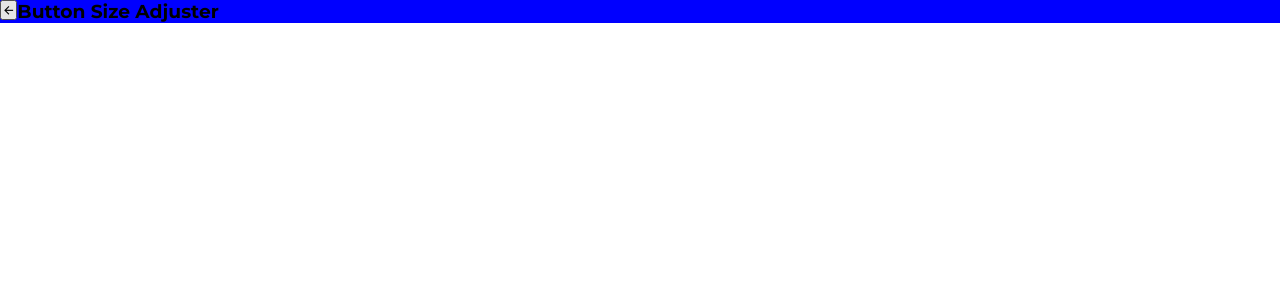
Repository: EguJaredoBoyd/Jared-Counter-App
Page: settings.html
The author's editor kept a copy of each file at every save. The page is drawn from the files as they stood at one save, then again after the next save.
The browser window is 1280 px wide. The pictures show the whole page.

Above is the page before, as saved 2025-12-03 14:32:33.
Console error: TypeError: Cannot set properties of null (setting 'textContent')

After the next save:
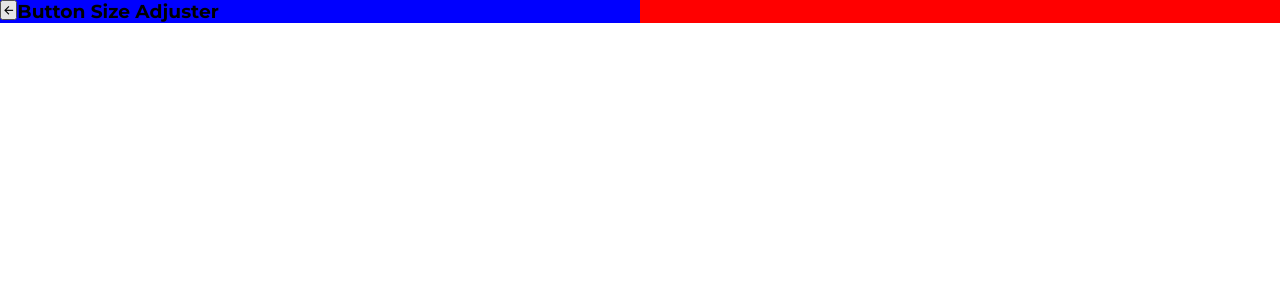
Saved 7 s later.
--- a/style.css
+++ b/style.css
@@ -86,7 +86,7 @@
 .header__div--adjuster {
     display: flex;
     width: 100%;
-    max-width: 100%;
+    max-width: 50%;
     text-align: center;
     background-color: blue;
 }

After the save that followed:
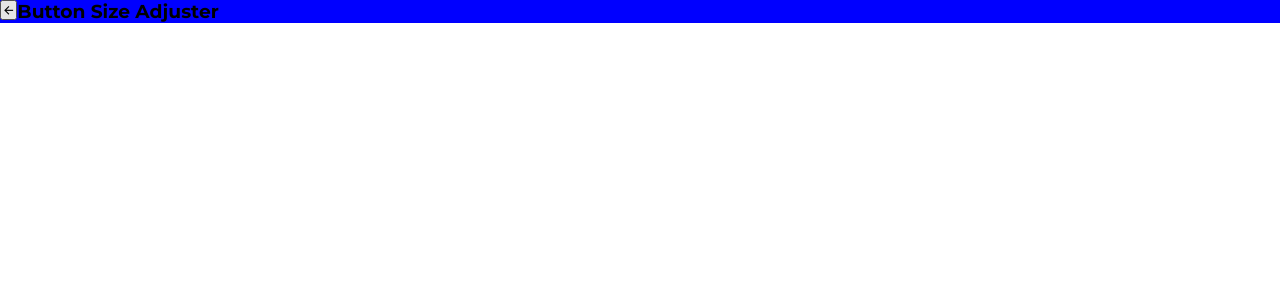
Saved 10 s later.
--- a/style.css
+++ b/style.css
@@ -86,7 +86,7 @@
 .header__div--adjuster {
     display: flex;
     width: 100%;
-    max-width: 50%;
+    max-width: 100%;
     text-align: center;
     background-color: blue;
 }
